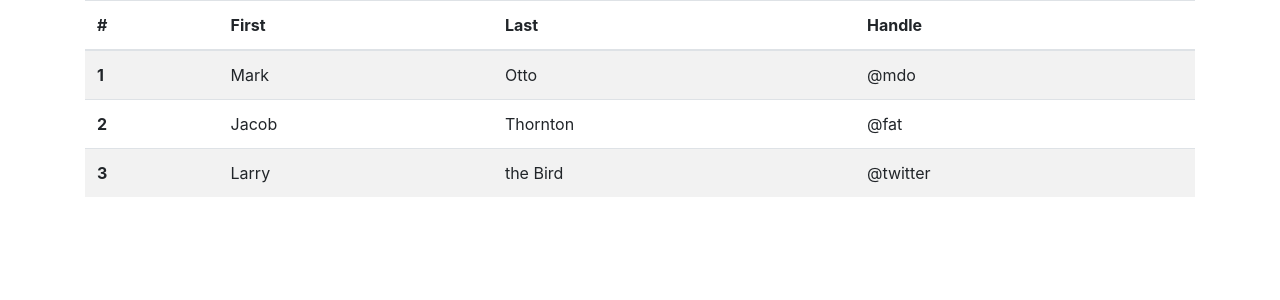
Repository: Krishna-9964/RamanaFertilizers
Page: http://localhost/RamanaFertilizers/stock.jsp
These files come from the project's save history. The page is drawn as it stood at one moment and after the next save; the edit follows.
The browser window is 1280 px wide. The pictures show the whole page.
The page is served by Tomcat 9.

Above is the page before, as saved 2022-10-25 19:01:40.

After the next save:
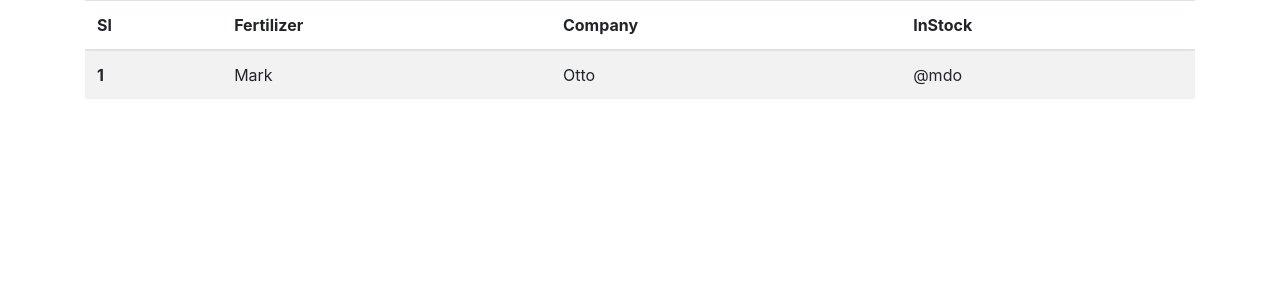
Saved 2 min 11 s later.
--- a/RamanaFertilizers/src/main/webapp/stock.jsp
+++ b/RamanaFertilizers/src/main/webapp/stock.jsp
@@ -1,6 +1,16 @@
 <%@ page language="java" contentType="text/html; charset=UTF-8"
     pageEncoding="UTF-8"%>
 <!DOCTYPE html>
+<html lang="en">
+<head>
+    <meta charset="UTF-8">
+    <meta http-equiv="X-UA-Compatible" content="IE=edge">
+    <meta name="viewport" content="width=device-width, initial-scale=1.0">
+    <link rel="stylesheet" href="https://cdn.jsdelivr.net/npm/bootstrap@4.6.1/dist/css/bootstrap.min.css">
+    <title>Document</title>
+</head>
+<body>
+   <!DOCTYPE html>
 <html lang="en">
 <head>
     <meta charset="UTF-8">
@@ -14,10 +24,10 @@
     <table class="table table-striped">
         <thead>
           <tr>
-            <th scope="col">#</th>
-            <th scope="col">First</th>
-            <th scope="col">Last</th>
-            <th scope="col">Handle</th>
+            <th scope="col">Sl</th>
+            <th scope="col">Fertilizer</th>
+            <th scope="col">Company</th>
+            <th scope="col">InStock</th>
           </tr>
         </thead>
         <tbody>
@@ -27,20 +37,10 @@
             <td>Otto</td>
             <td>@mdo</td>
           </tr>
-          <tr>
-            <th scope="row">2</th>
-            <td>Jacob</td>
-            <td>Thornton</td>
-            <td>@fat</td>
-          </tr>
-          <tr>
-            <th scope="row">3</th>
-            <td>Larry</td>
-            <td>the Bird</td>
-            <td>@twitter</td>
-          </tr>
         </tbody>
       </table>
    </div>
 </body>
 </html>
+</body>
+</html>
